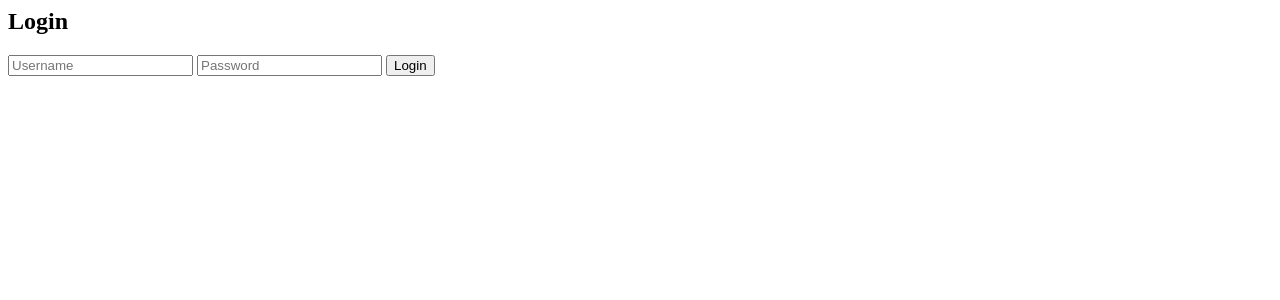
Repository: Puritanic/node_projects
Page: http://localhost/login
The author's editor kept a record of every edit. The page is drawn from the files as they stood at one moment, then again after the next edit.
The browser window is 1280 px wide. The pictures show the whole page.
The page is served by the project's Node server (Authentication/AuthDemo/app.js). Other server files are loaded and not shown.

Above is the page before.

### Authentication/AuthDemo/views/login.ejs
<h2>Login</h2>

<form action="" method="">
    <input type"text" name="username" placeholder="Username">
    <input type"password" name="password" placeholder="Password">
    <button>Login</button>
</form>

### Authentication/AuthDemo/app.js
var express             = require('express'),
app                     = express(),
User                    = require('./models/user'),
mongoose                = require('mongoose'),
passport                = require('passport'),
bodyParser              = require('body-parser'),
LocalStrategy           = require('passport-local'),
passportLocalMongoose   = require('passport-local-mongoose');


// app setup    //////////////

app.use(require('express-session')({
    secret: 'This looks complicated',
    resave: false,
    saveUninitialized: false
}));
mongoose.Promise = global.Promise;
mongoose.connect('mongodb://localhost/auth_demo');
app.set('view engine', 'ejs');
app.use(passport.initialize());
app.use(passport.session());
app.use(bodyParser.urlencoded({
    extended: true
}));
passport.use(new LocalStrategy(User.authenticate()));
passport.serializeUser(User.serializeUser());
passport.deserializeUser(User.deserializeUser());


// routes /////////

app.get('/', function(req, res ){
    res.render('home');
});

app.get('/secret', isLogedIn, function(req, res){
    res.render('secret');
});


// Auth routes ////

// show signUp form
app.get('/register', function(req, res) {
    res.render('register');
});
// handle user signUp
app.post('/register', function(req, res){
    User.register(new User({username: req.body.username}), req.body.password, function(err, user){
        if(err){
            console.log(err);
            return res.render('register');
        } else {
            passport.authenticate('local')(req, res, function(){
                res.redirect('/secret');
            });
        }
    });
});

// login routes

// render login form
app.get('/login', function(req, res){
   res.render('login');
});
// handle login process logic
// middleware is a code that runs before callback here
app.post('/login', passport.authenticate('local', {
    successRedirect: '/secret',
    failureRedirect: '/login'
}), function(req, res){

});
// logout route
app.get('/logout', function(req, res){
    req.logout();
    res.redirect('/');
});


function isLogedIn(req, res, next){
    if(req.isAuthenticated()){
        return next();
    }
    res.redirect('/login');
}

app.listen(process.env.PORT, process.env.IP, function() {
    console.log('Server Up and Going!');
});

After the next edit:
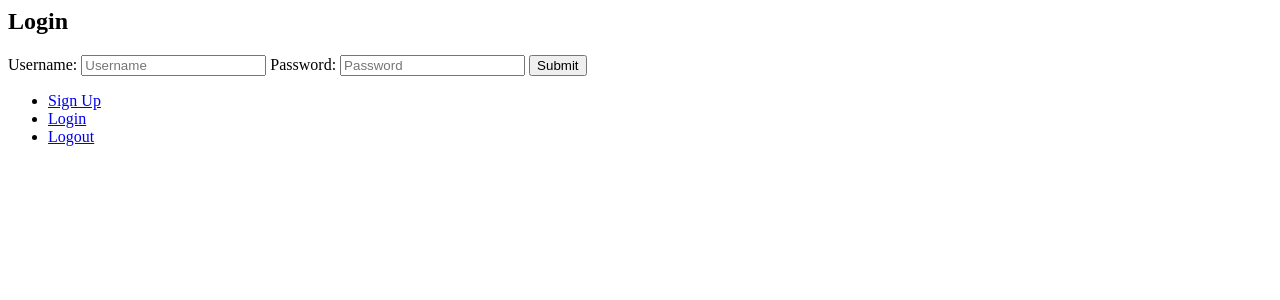
The edit:
--- a/Authentication/AuthDemo/views/login.ejs
+++ b/Authentication/AuthDemo/views/login.ejs
@@ -1,7 +1,17 @@
 <h2>Login</h2>
 
-<form action="" method="">
-    <input type"text" name="username" placeholder="Username">
-    <input type"password" name="password" placeholder="Password">
-    <button>Login</button>
+<form action="/login" method="POST">
+    <label for="username">Username: </label>
+    <input type="text" placeholder="Username" name="username">
+     <label for="password">Password: </label>
+    <input type="password" placeholder="Password" name="password">
+    <button>Submit</button>
 </form>
+
+
+
+<ul>
+    <li><a href="/register">Sign Up</a></li>
+    <li><a href="/login">Login</a></li>
+    <li><a href="/logout">Logout</a></li>
+</ul>
